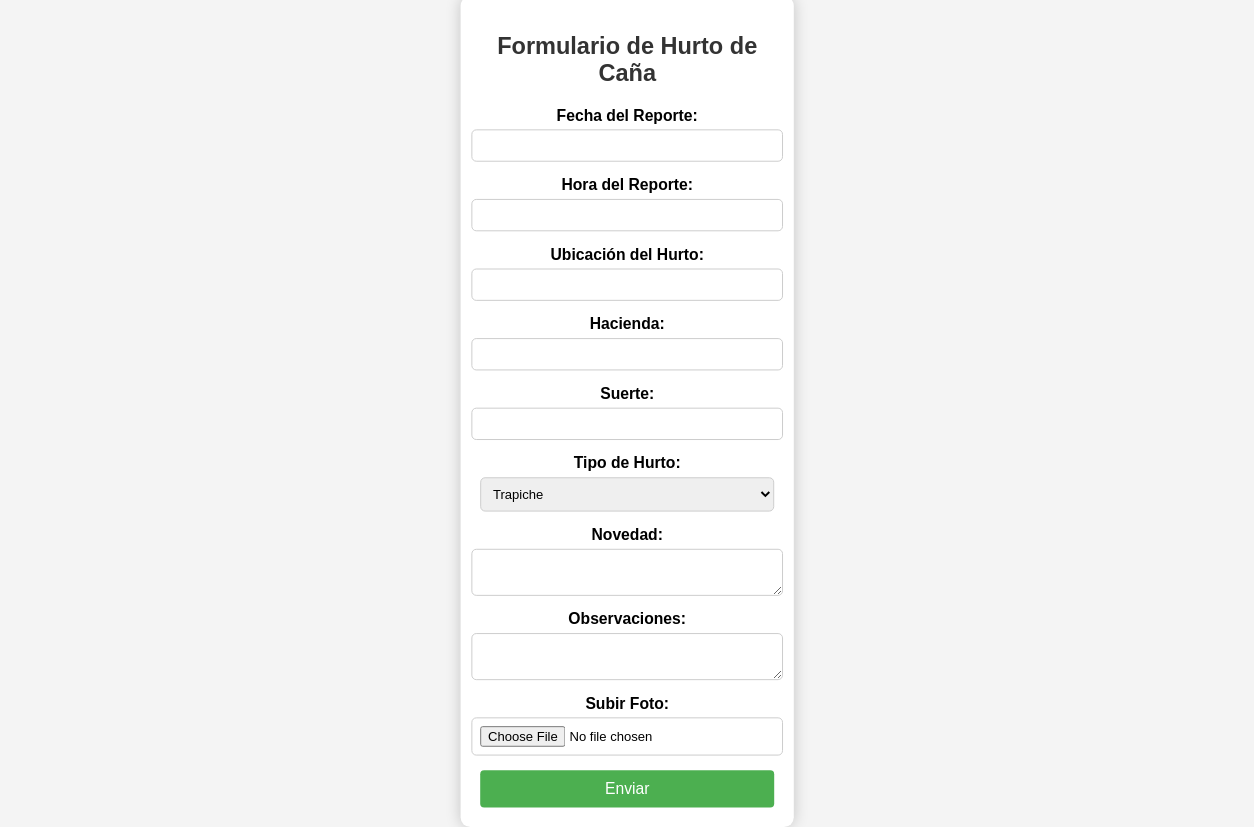
Repository: tayuanlogua/prototipo-de-control-de-accesos
Page: Patrullas/src/hurtocaña.html
These files come from the project's save history. The page is drawn as it stood at one moment and after the next save; the edit follows.
The browser window is 1280 px wide. The pictures show the whole page, at 98% of full size.

Above is the page before, as saved 2024-08-15 09:54:05.

### Patrullas/src/hurtocaña.html
<!DOCTYPE html>
<html lang="es">
  <head>
    <meta charset="UTF-8" />
    <meta name="viewport" content="width=device-width, initial-scale=1.0" />
    <title>Formulario de Hurto de Caña</title>
    <link rel="stylesheet" href="styles.css" />
  </head>
  <body>
    <div class="form-container">
      <h1>Formulario de Hurto de Caña</h1>
      <form id="hurtoForm">
        <label for="fecha">Fecha del Reporte:</label>
        <input type="text" id="fecha" name="fecha" readonly />

        <label for="hora">Hora del Reporte:</label>
        <input type="text" id="hora" name="hora" readonly />

        <label for="ubicacion">Ubicación del Hurto:</label>
        <input type="text" id="ubicacion" name="ubicacion" required />

        <label for="hacienda">Hacienda:</label>
        <input type="text" id="hacienda" name="hacienda" required />

        <label for="suerte">Suerte:</label>
        <input type="text" id="suerte" name="suerte" required />

        <label for="tipoHurto">Tipo de Hurto:</label>
        <select id="tipoHurto" name="tipoHurto" required>
          <option value="trapiche">Trapiche</option>
          <option value="cuido">Cuido</option>
          <option value="semilla">Semilla</option>
        </select>

        <label for="novedad">Novedad:</label>
        <textarea id="novedad" name="novedad"></textarea>

        <label for="observaciones">Observaciones:</label>
        <textarea id="observaciones" name="observaciones"></textarea>

        <label for="foto">Subir Foto:</label>
        <input type="file" id="foto" name="foto" accept="image/*" />

        <button type="submit">Enviar</button>
      </form>
    </div>

    <script src="script.js"></script>
  </body>
</html>

### Patrullas/src/styles.css
/* Estilos generales para el body */
body {
  font-family: Arial, sans-serif;
  display: flex;
  flex-direction: column; /* Colocar header y contenedor en columna */
  justify-content: center;
  align-items: center;
  height: 100vh;
  margin: 0;
  background-color: #f4f4f4; /* Fondo general de la página */
}

/* Estilos para el header */
.header {
  background-color: #ffd200; /* Fondo amarillo para el header */
  padding: 20px 0; /* Padding para centrar el logo verticalmente */
  border-bottom: 2px solid #ccc;
  width: 100%; /* Asegura que el header ocupe todo el ancho */
  text-align: center; /* Centrar el contenido del header */
  position: fixed; /* Fija el header en la parte superior */
  top: 0;
  left: 0;
  z-index: 1000; /* Asegura que el header esté por encima del contenido */
}

.logo {
  max-width: 150px; /* Tamaño máximo del logo */
  height: auto;
}

/* Estilos para el contenedor del formulario */
.form-container {
  width: 80%;
  max-width: 800px; /* Ancho máximo del contenedor del formulario */
  padding: 20px;
  background-color: #fff; /* Fondo blanco del contenedor */
  border-radius: 8px;
  box-shadow: 0 0 10px rgba(0, 0, 0, 0.1);
  text-align: center; /* Centrar el contenido dentro del contenedor */
  margin-top: 120px; /* Ajuste del margen superior para evitar el header fijo y bajar el formulario */
}

/* Estilos para el título del formulario */
h1 {
  margin-bottom: 20px;
  color: #333; /* Color negro para el título */
  font-size: 24px; /* Tamaño de fuente para el título */
}

/* Estilos para el formulario */
form {
  display: flex;
  flex-direction: column;
  align-items: center; /* Centrar el formulario horizontalmente */
}

/* Estilos para los grupos de formulario */
.form-group {
  width: 100%;
  max-width: 600px; /* Ancho máximo de cada grupo de formulario */
  margin-bottom: 20px; /* Espacio debajo de cada grupo de formulario */
}

/* Ajustes específicos para Hacienda y Suerte en Consigna */
.form-group.hacienda,
.form-group.suerte {
  margin-top: 30px; /* Ajusta el margen superior según sea necesario */
}

label {
  display: block;
  margin-bottom: 8px;
  font-weight: bold;
  color: #000; /* Color negro para las etiquetas */
}

input[type="text"],
input[type="date"],
input[type="number"],
textarea,
select,
input[type="file"] {
  width: 100%;
  padding: 10px;
  margin-bottom: 12px;
  border: 1px solid #ddd;
  border-radius: 4px;
}

textarea {
  resize: vertical;
}

/* Estilos para los botones de opción (radio) */
.radio-group {
  display: flex;
  justify-content: space-between; /* Alinea los botones de opción a los lados */
  width: 100%; /* Asegura que los botones se alineen correctamente */
  max-width: 600px; /* Asegura que la radio-group no se expanda demasiado */
  margin-bottom: 20px; /* Espacio debajo del grupo de radio */
}

button {
  width: 100%;
  padding: 10px 15px;
  background-color: #ffd200; /* Color amarillo */
  color: #000; /* Texto en negro para el botón */
  border: none;
  border-radius: 4px;
  cursor: pointer;
  font-size: 16px;
}

button:hover {
  background-color: #f9c700; /* Amarillo más oscuro para el hover */
}

/* Estilos adicionales */
.form-container {
  background-color: white;
  padding: 20px;
  border-radius: 10px;
  box-shadow: 0 0 15px rgba(0, 0, 0, 0.2);
  width: 300px;
}

label {
  display: block;
  margin-bottom: 5px;
  font-weight: bold;
}

input[type="text"],
select,
textarea,
input[type="file"] {
  width: 100%;
  padding: 8px;
  margin-bottom: 15px;
  border: 1px solid #ccc;
  border-radius: 5px;
}

button {
  background-color: #4caf50;
  color: white;
}

button:hover {
  background-color: #45a049;
}

Loaded but not shown: Patrullas/src/script.js (no stored copy; drawn as an empty file)

After the next save:
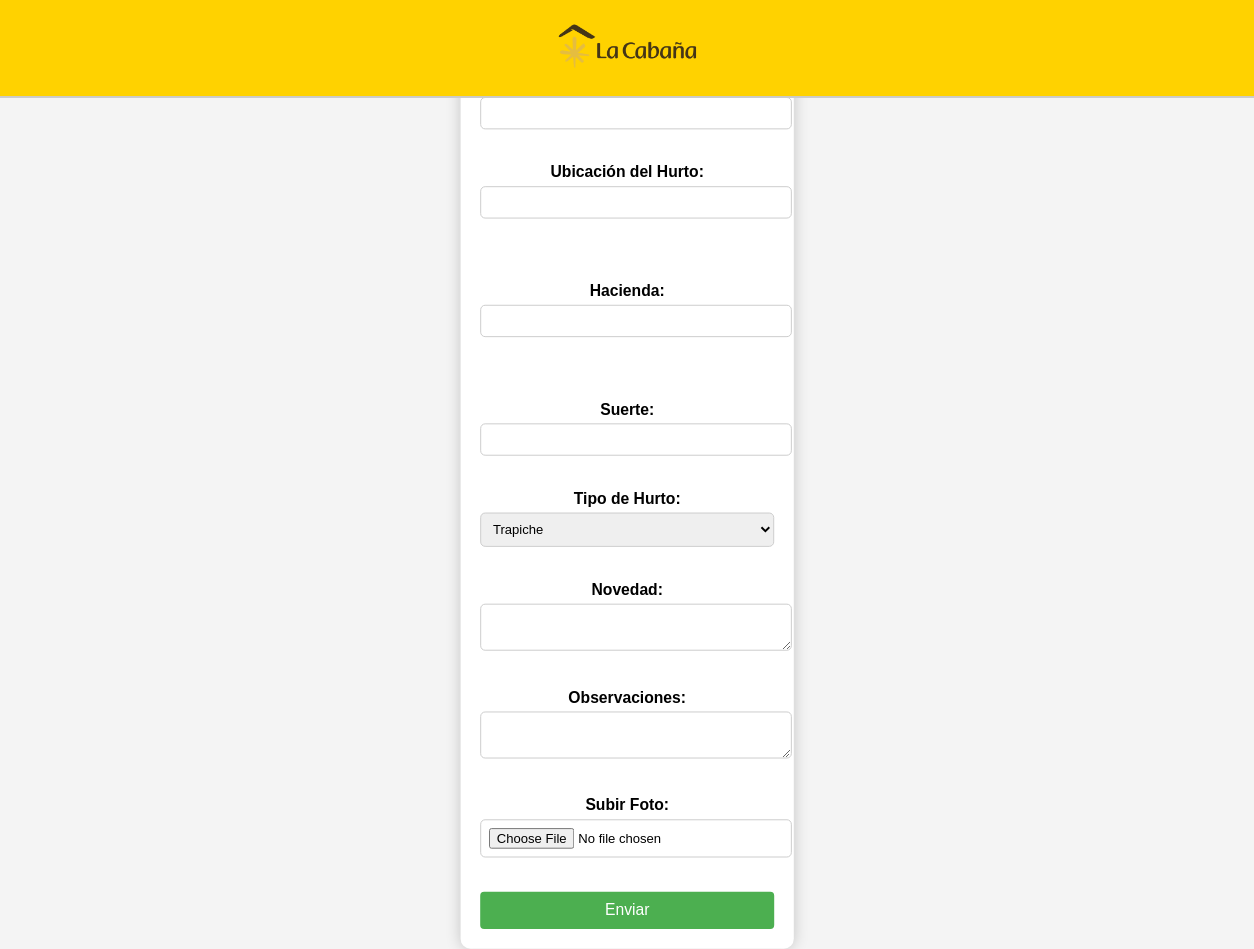
Saved 3 min 24 s later.
--- a/Patrullas/src/hurtocaña.html
+++ b/Patrullas/src/hurtocaña.html
@@ -7,44 +7,69 @@
     <link rel="stylesheet" href="styles.css" />
   </head>
   <body>
+    <!-- Encabezado con el logo -->
+    <header class="header">
+      <img src="imagenes/LOGO.png" alt="Logo" class="logo" />
+    </header>
+
+    <!-- Contenedor del formulario -->
     <div class="form-container">
       <h1>Formulario de Hurto de Caña</h1>
       <form id="hurtoForm">
-        <label for="fecha">Fecha del Reporte:</label>
-        <input type="text" id="fecha" name="fecha" readonly />
+        <div class="form-group">
+          <label for="fecha">Fecha del Reporte:</label>
+          <input type="text" id="fecha" name="fecha" readonly />
+        </div>
 
-        <label for="hora">Hora del Reporte:</label>
-        <input type="text" id="hora" name="hora" readonly />
+        <div class="form-group">
+          <label for="hora">Hora del Reporte:</label>
+          <input type="text" id="hora" name="hora" readonly />
+        </div>
 
-        <label for="ubicacion">Ubicación del Hurto:</label>
-        <input type="text" id="ubicacion" name="ubicacion" required />
+        <div class="form-group">
+          <label for="ubicacion">Ubicación del Hurto:</label>
+          <input type="text" id="ubicacion" name="ubicacion" required />
+        </div>
 
-        <label for="hacienda">Hacienda:</label>
-        <input type="text" id="hacienda" name="hacienda" required />
+        <div class="form-group hacienda">
+          <label for="hacienda">Hacienda:</label>
+          <input type="text" id="hacienda" name="hacienda" required />
+        </div>
 
-        <label for="suerte">Suerte:</label>
-        <input type="text" id="suerte" name="suerte" required />
+        <div class="form-group suerte">
+          <label for="suerte">Suerte:</label>
+          <input type="text" id="suerte" name="suerte" required />
+        </div>
 
-        <label for="tipoHurto">Tipo de Hurto:</label>
-        <select id="tipoHurto" name="tipoHurto" required>
-          <option value="trapiche">Trapiche</option>
-          <option value="cuido">Cuido</option>
-          <option value="semilla">Semilla</option>
-        </select>
+        <div class="form-group">
+          <label for="tipoHurto">Tipo de Hurto:</label>
+          <select id="tipoHurto" name="tipoHurto" required>
+            <option value="trapiche">Trapiche</option>
+            <option value="cuido">Cuido</option>
+            <option value="semilla">Semilla</option>
+          </select>
+        </div>
 
-        <label for="novedad">Novedad:</label>
-        <textarea id="novedad" name="novedad"></textarea>
+        <div class="form-group">
+          <label for="novedad">Novedad:</label>
+          <textarea id="novedad" name="novedad"></textarea>
+        </div>
 
-        <label for="observaciones">Observaciones:</label>
-        <textarea id="observaciones" name="observaciones"></textarea>
+        <div class="form-group">
+          <label for="observaciones">Observaciones:</label>
+          <textarea id="observaciones" name="observaciones"></textarea>
+        </div>
 
-        <label for="foto">Subir Foto:</label>
-        <input type="file" id="foto" name="foto" accept="image/*" />
+        <div class="form-group">
+          <label for="foto">Subir Foto:</label>
+          <input type="file" id="foto" name="foto" accept="image/*" />
+        </div>
 
         <button type="submit">Enviar</button>
       </form>
     </div>
 
+    <!-- Script JavaScript -->
     <script src="script.js"></script>
   </body>
 </html>
